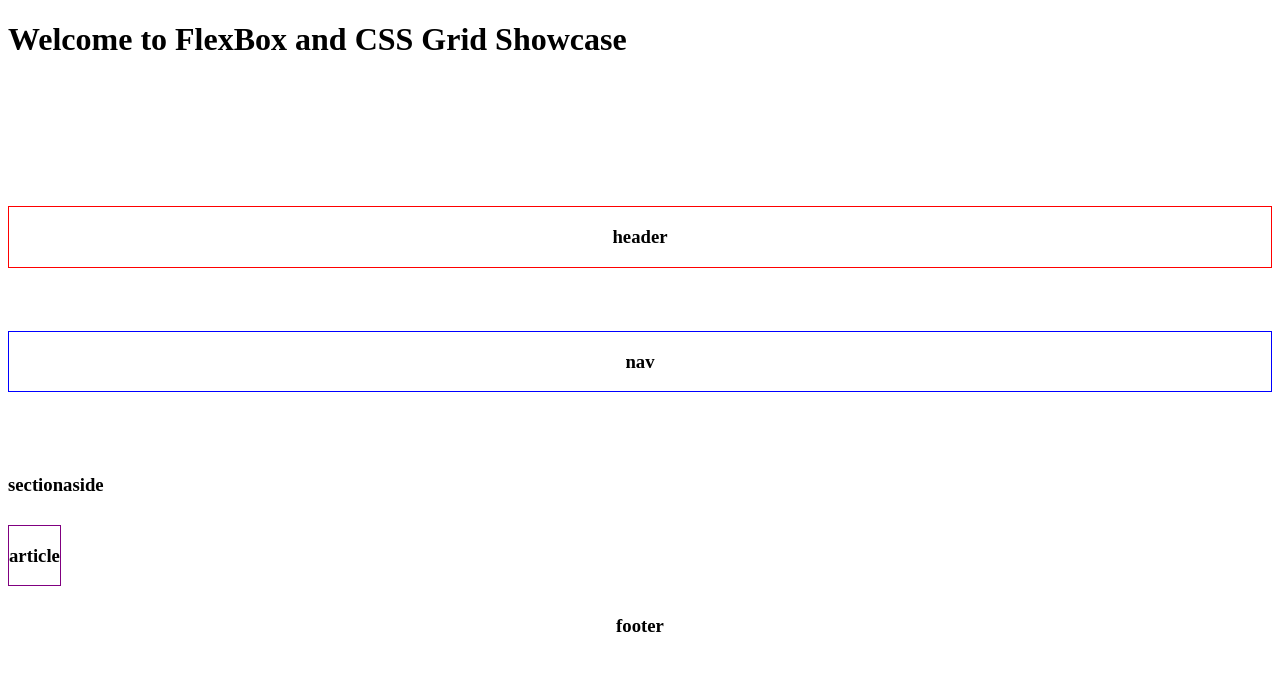
Repository: Awhit-commits/CSS_GRID_AND_FLEXBOX_LESSON
Page: index.html
An editor plug-in stored every save of this project. The page is shown before and after the next save, followed by the edit.
The browser window is 1280 px wide. The page is 1280 px wide, then 1288 px, so the pictures cover 1288 px, including what lies to the right of the window. The pictures show the whole page.

Above is the page before, as saved 2020-12-21 18:27:52.

After the next save:
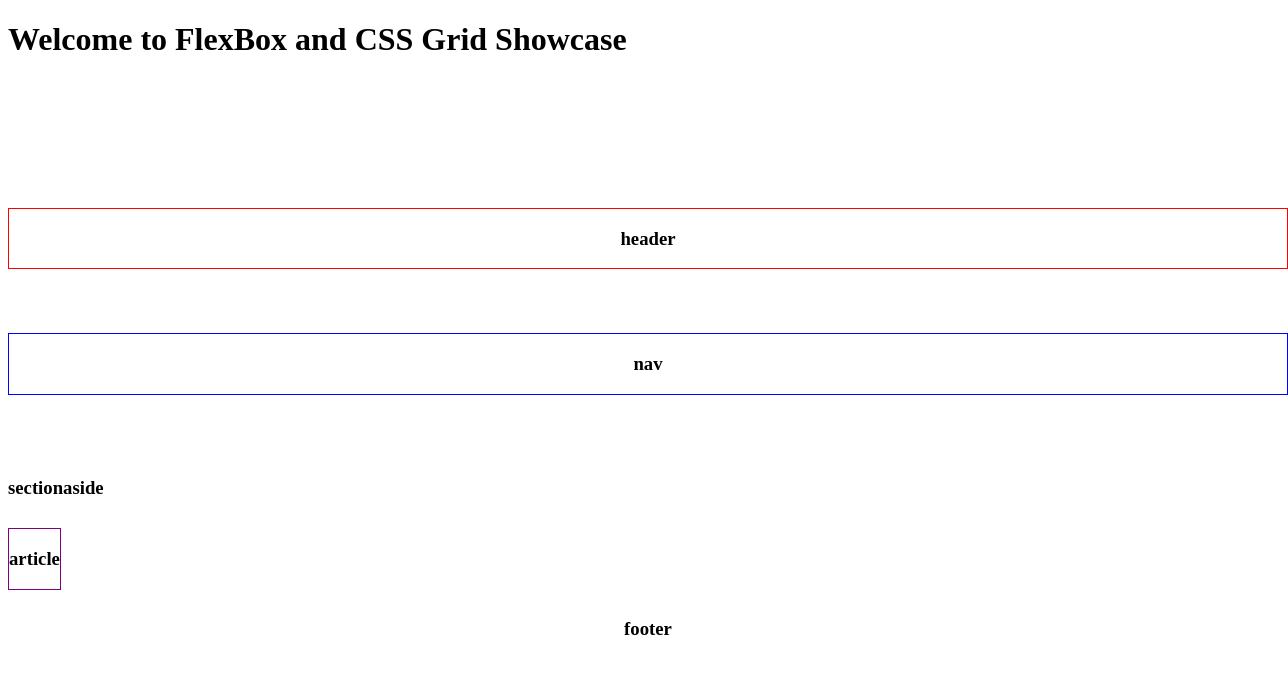
Saved 5 s later.
--- a/style.css
+++ b/style.css
@@ -1,5 +1,5 @@
 body{
-    /* width: 100%; */
+    width: 100%;
 }
 .containerFlex {
     display: flex;
